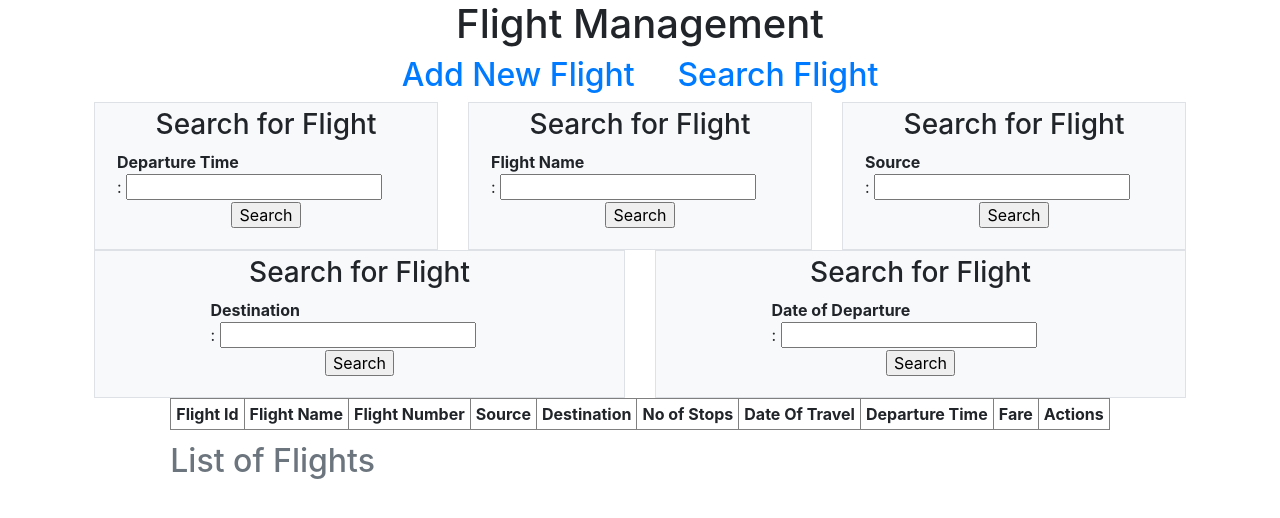
Repository: pawankas/Java_Mini_Project
Page: http://localhost/AirlineReservation/list
These files come from the project's save history. The page is drawn as it stood at one moment and after the next save; the edit follows.
The browser window is 1280 px wide. The pictures show the whole page.
The page is served by Tomcat 9. Other server files are loaded and not shown. Queries for data that is not in the repository find no rows.

Above is the page before, as saved 2022-03-18 08:20:05.

### AirlineReservation/WebContent/FlightList.jsp
<%@ page language="java" contentType="text/html; charset=UTF-8"
	pageEncoding="UTF-8"%>
<%@ taglib uri="http://java.sun.com/jsp/jstl/core" prefix="c"%>
<html>
<head>
<title>Flight Reservation System</title>


<link rel="stylesheet"
	href="https://maxcdn.bootstrapcdn.com/bootstrap/4.5.2/css/bootstrap.min.css">
<script
	src="https://ajax.googleapis.com/ajax/libs/jquery/3.5.1/jquery.min.js"></script>
<script
	src="https://cdnjs.cloudflare.com/ajax/libs/popper.js/1.16.0/umd/popper.min.js"></script>
<script
	src="https://maxcdn.bootstrapcdn.com/bootstrap/4.5.2/js/bootstrap.min.js"></script>
</head>
<body>
	<center>
		<h1>Flight Management</h1>
		<h2>
			<a href="new">Add New Flight</a> &nbsp;&nbsp;&nbsp; <a
				href="search.jsp">Search Flight</a>

		</h2>
	</center>

	<div class="container px-4">
		<div class="row gx-5">
			<div class="col">
				<div class="p-1 border bg-light">
					<form method="post" action="SearchByTime">
						<table border="0" width="300" align="center">
							<tr>
								<td colspan=2 style="font-size: 12pt;" align="center">
									<h3>Search for Flight</h3>
								</td>
							</tr>
							<tr>
								<td><b>Departure Time</b></td>
							</tr>
							<tr>
							<td>: <input type="text" name="time" id="time">
								</td>
							</tr>
							<tr>
								<td colspan=2 align="center"><input type="submit"
									value="Search"></td>
							</tr>
						</table>
					</form>
				</div>
			</div>
			<div class="col">
				<div class="p-1 border bg-light">
					<form method="post" action="SearchByName">
						<table border="0" width="300" align="center">
							<tr>
								<td colspan=2 style="font-size: 12pt;" align="center">
									<h3>Search for Flight</h3>
								</td>
							</tr>
							<tr>
								<tr>
								<td><b>Flight Name</b></td>
							</tr>
								<td>: <input type="text" name="flightName" id="flightName">
								</td>
							</tr>
							<tr>
								<td colspan=2 align="center"><input type="submit"
									value="Search"></td>
							</tr>
						</table>
					</form>
				</div>
			</div>
			<div class="col">
				<div class="p-1 border bg-light">
					<form method="post" action="SearchBySource">
						<table border="0" width="300" align="center">
							<tr>
								<td colspan=2 style="font-size: 12pt;" align="center">
									<h3>Search for Flight</h3>
								</td>
							</tr>
							<tr>
								<tr>
								<td><b>Source</b></td>
							</tr>
								<td>: <input type="text" name="source" id="source">
								</td>
							</tr>
							<tr>
								<td colspan=2 align="center"><input type="submit"
									value="Search"></td>
							</tr>
						</table>
					</form>
				</div>
			</div>

			<div class="col">
				<div class="p-1 border bg-light">
					<form method="post" action="SearchByDestination">
						<table border="0" width="300" align="center">
							<tr>
								<td colspan=2 style="font-size: 12pt;" align="center">
									<h3>Search for Flight</h3>
								</td>
							</tr>
							<tr>
								<tr>
								<td><b>Destination</b></td>
							</tr>
								<td>: <input type="text" name="destination" id="destination">
								</td>
							</tr>
							<tr>
								<td colspan=2 align="center"><input type="submit"
									value="Search"></td>
							</tr>
						</table>
					</form>
				</div>
			</div>

			<div class="col">
				<div class="p-1 border bg-light">
					<form method="post" action="SearchByDate">
						<table border="0" width="300" align="center">
							<tr>
								<td colspan=2 style="font-size: 12pt;" align="center">
									<h3>Search for Flight</h3>
								</td>
							</tr>
							<tr>
								<tr>
								<td><b>Date of Departure</b></td>
							</tr>
								<td>: <input type="text" name="date" id="date">
								</td>
							</tr>
							<tr>
								<td colspan=2 align="center"><input type="submit"
									value="Search"></td>
							</tr>
						</table>
					</form>
				</div>
			</div>

		</div>
	</div>







	<div align="center">
		<table border="1" cellpadding="5">
			<caption>
				<h2>List of Flights</h2>
			</caption>
			<tr>
				<th>Flight Id</th>
				<th>Flight Name</th>
				<th>Flight Number</th>
				<th>Source</th>
				<th>Destination</th>
				<th>No of Stops</th>
				<th>Date Of Travel</th>
				<th>Departure Time</th>
				<th>Fare</th>
				<th>Actions</th>
			</tr>
			<c:forEach var="flight" items="${FlightList}">

				<tr>
					<td><c:out value="${flight.flightId}" /></td>
					<td><c:out value="${flight.flightName}" /></td>
					<td><c:out value="${flight.flightNumber}" /></td>
					<td><c:out value="${flight.source}" /></td>
					<td><c:out value="${flight.destination}" /></td>
					<td><c:out value="${flight.noOfStops}" /></td>
					<td><c:out value="${flight.date}" /></td>
					<td><c:out value="${flight.time}" /></td>
					<td><c:out value="${flight.price}" /></td>
					<td><a
						href="edit?flightId=<c:out value='${flight.flightId}' />">Edit</a>
						&nbsp;&nbsp;&nbsp;&nbsp; <a
						href="delete?flightId=<c:out value='${flight.flightId}' />">Delete</a>
					</td>
				</tr>
			</c:forEach>

		</table>
	</div>
</body>
</html>

### AirlineReservation/src/com/cybage/controller/FlightControllerServlet.java
package com.cybage.controller;

import java.io.IOException;
import java.io.PrintWriter;
import java.sql.Connection;
import java.sql.DriverManager;
import java.sql.ResultSet;
import java.sql.SQLException;
import java.sql.Statement;
import java.text.SimpleDateFormat;
import java.util.ArrayList;
import java.util.Date;
import java.util.List;

import javax.servlet.RequestDispatcher;
import javax.servlet.ServletException;
import javax.servlet.annotation.WebServlet;
import javax.servlet.http.HttpServlet;
import javax.servlet.http.HttpServletRequest;
import javax.servlet.http.HttpServletResponse;

import com.cybage.dao.FlightDao;
import com.cybage.model.Flight;

@WebServlet("/")
public class FlightControllerServlet extends HttpServlet {
	private static final long serialVersionUID = 1L;
	private FlightDao flightDao;

	public void init() {
		flightDao = new FlightDao();
	}

	protected void doPost(HttpServletRequest request, HttpServletResponse response)
			throws ServletException, IOException {
		doGet(request, response);
	}

	protected void doGet(HttpServletRequest request, HttpServletResponse response)
			throws ServletException, IOException {
		String action = request.getServletPath();

		try {
			switch (action) {
			case "/new":
				showNewForm(request, response);
				break;
			case "/insert":
				insertFlight(request, response);
				break;
			case "/delete":
				deleteFlight(request, response);
				break;
			case "/edit":
				showEditForm(request, response);
				break;
			case "/update":
				updateFlight(request, response);
				break;
			case "/uflist":
				userFlightList(request, response);
				break;
			case "/SearchByTime":
				searchFlightByDepartureTime(request, response);
				break;
			case "/SearchByName":
				searchFlightByFlightName(request, response);
				break;
			case "/SearchBySource":
				searchFlightBySource(request, response);
				break;
			case "/SearchByDestination":
				searchFlightByDestination(request, response);
				break;
			case "/SearchByDate":
				searchFlightByDate(request, response);
				break;
			default:
				FlightList(request, response);
				break;
			}
		} catch (SQLException ex) {
			throw new ServletException(ex);
		}
	}

	private void FlightList(HttpServletRequest request, HttpServletResponse response)
			throws SQLException, IOException, ServletException {
		List<Flight> FlightList = flightDao.selectAllFlights();
		request.setAttribute("FlightList", FlightList);
		RequestDispatcher dispatcher = request.getRequestDispatcher("FlightList.jsp");
		dispatcher.forward(request, response);
	}

	private void userFlightList(HttpServletRequest request, HttpServletResponse response)
			throws SQLException, IOException, ServletException {
		List<Flight> FlightList = flightDao.selectAllFlights();
		request.setAttribute("FlightList", FlightList);
		RequestDispatcher dispatcher = request.getRequestDispatcher("userHome.jsp");
		dispatcher.forward(request, response);
	}

	private void showNewForm(HttpServletRequest request, HttpServletResponse response)
			throws ServletException, IOException {
		RequestDispatcher dispatcher = request.getRequestDispatcher("FlightForm.jsp");
		dispatcher.forward(request, response);
	}

	private void showEditForm(HttpServletRequest request, HttpServletResponse response)
			throws SQLException, ServletException, IOException {
		int flightId = Integer.parseInt(request.getParameter("flightId"));
		Flight existingFlight = flightDao.selectFlight(flightId);
		RequestDispatcher dispatcher = request.getRequestDispatcher("UpdateForm.jsp");
		request.setAttribute("flight", existingFlight);
		dispatcher.forward(request, response);

	}

	private void insertFlight(HttpServletRequest request, HttpServletResponse response)
			throws SQLException, IOException {
		String flightName = request.getParameter("flightName");
		String flightNumber = request.getParameter("flightNumber");
		String source = request.getParameter("source");
		String destination = request.getParameter("destination");
		String noOfStops = request.getParameter("noOfStops");
		String date = request.getParameter("date");
		String time = request.getParameter("time");
		double price = Double.parseDouble(request.getParameter("price"));
		Flight newFlight = new Flight(flightName, flightNumber, source, destination, noOfStops, date, time, price);
		flightDao.insertFlight(newFlight);
		response.sendRedirect("list");
	}

	private void updateFlight(HttpServletRequest request, HttpServletResponse response)
			throws IOException, SQLException {
		int flightId = Integer.parseInt(request.getParameter("flightId"));
		String flightName = request.getParameter("flightName");
		String flightNumber = request.getParameter("flightNumber");
		String source = request.getParameter("source");
		String destination = request.getParameter("destination");
		String noOfStops = request.getParameter("noOfStops");
		String date = request.getParameter("date");
		String time = request.getParameter("time");
		double price = Double.parseDouble(request.getParameter("price"));

		Flight flight = new Flight(flightId, flightName, flightNumber, source, destination, noOfStops, date, time,
				price);
		flightDao.updateFlight(flight);

		response.sendRedirect("list");
	}

	public void searchFlightByDepartureTime(HttpServletRequest request, HttpServletResponse response) throws IOException, ServletException {
		response.setContentType("text/html");
			PrintWriter out = response.getWriter();
			String time = request.getParameter("time");
			List<Flight> flightList = flightDao.searchFlightByDepartureTime(time);
			request.setAttribute("flightList", flightList);
			RequestDispatcher view = request.getRequestDispatcher("SearchView.jsp");
			view.forward(request, response);
	}

	public void searchFlightBySource(HttpServletRequest request, HttpServletResponse response) throws IOException, ServletException {
		response.setContentType("text/html");
			PrintWriter out = response.getWriter();
			String source = request.getParameter("source");
			List<Flight> flightList = flightDao.searchFlightBySource(source);
			request.setAttribute("flightList", flightList);
			RequestDispatcher view = request.getRequestDispatcher("SearchView.jsp");
			view.forward(request, response);
	}

	public void searchFlightByDestination(HttpServletRequest request, HttpServletResponse response) throws IOException, ServletException {
		response.setContentType("text/html");
			PrintWriter out = response.getWriter();
			String destination = request.getParameter("destination");
			List<Flight> flightList = flightDao.searchFlightByDestination(destination);
			request.setAttribute("flightList", flightList);
			RequestDispatcher view = request.getRequestDispatcher("SearchView.jsp");
			view.forward(request, response);
	}

	public void searchFlightBySourceAndDestination(HttpServletRequest request, HttpServletResponse response) throws IOException, ServletException {
		response.setContentType("text/html");
			PrintWriter out = response.getWriter();
			String source = request.getParameter("source");
			String destination = request.getParameter("destination");
			List<Flight> flightList = flightDao.searchFlightByDestination(destination);
			request.setAttribute("flightList", flightList);
			RequestDispatcher view = request.getRequestDispatcher("SearchView.jsp");
			view.forward(request, response);
	}

	public void searchFlightByDate(HttpServletRequest request, HttpServletResponse response) throws IOException, ServletException {
		response.setContentType("text/html");
			PrintWriter out = response.getWriter();
			String date = request.getParameter("date");
			List<Flight> flightList = flightDao.searchFlightByDate(date);
			request.setAttribute("flightList", flightList);
			RequestDispatcher view = request.getRequestDispatcher("SearchView.jsp");
			view.forward(request, response);
	}

	public void searchFlightByFlightName(HttpServletRequest request, HttpServletResponse response) throws IOException, ServletException {
		response.setContentType("text/html");
			PrintWriter out = response.getWriter();
			String flightName = request.getParameter("flightName");
			List<Flight> flightList = flightDao.searchFlightByFlightName(flightName);
			request.setAttribute("flightList", flightList);
			RequestDispatcher view = request.getRequestDispatcher("SearchView.jsp");
			view.forward(request, response);
	}

	private void deleteFlight(HttpServletRequest request, HttpServletResponse response)
			throws SQLException, IOException {
		System.out.println(request.getParameter("flightId"));
		try {
			int flightId = Integer.parseInt(request.getParameter("flightId"));
			flightDao.deleteFlight(flightId);

		} catch (NumberFormatException e) {
			// TODO Auto-generated catch block
			e.printStackTrace();
		}
		response.sendRedirect("list");
	}

}

After the next save:
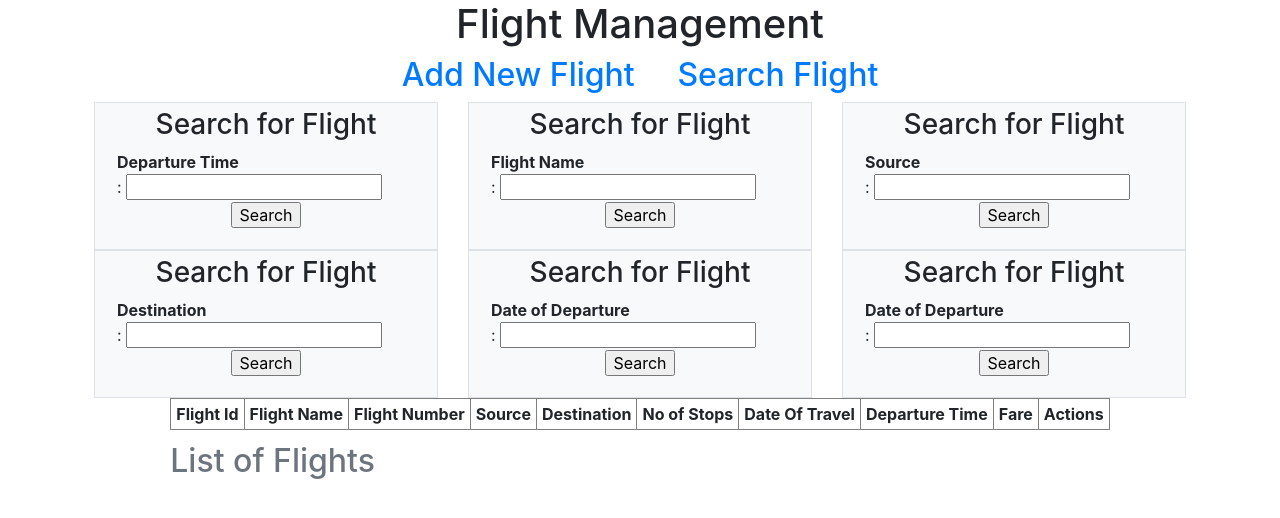
Saved 36 s later.
--- a/AirlineReservation/WebContent/FlightList.jsp
+++ b/AirlineReservation/WebContent/FlightList.jsp
@@ -114,6 +114,31 @@
 								<td><b>Destination</b></td>
 							</tr>
 								<td>: <input type="text" name="destination" id="destination">
+								</td>
+							</tr>
+							<tr>
+								<td colspan=2 align="center"><input type="submit"
+									value="Search"></td>
+							</tr>
+						</table>
+					</form>
+				</div>
+			</div>
+
+			<div class="col">
+				<div class="p-1 border bg-light">
+					<form method="post" action="SearchByDate">
+						<table border="0" width="300" align="center">
+							<tr>
+								<td colspan=2 style="font-size: 12pt;" align="center">
+									<h3>Search for Flight</h3>
+								</td>
+							</tr>
+							<tr>
+								<tr>
+								<td><b>Date of Departure</b></td>
+							</tr>
+								<td>: <input type="text" name="date" id="date">
 								</td>
 							</tr>
 							<tr>
